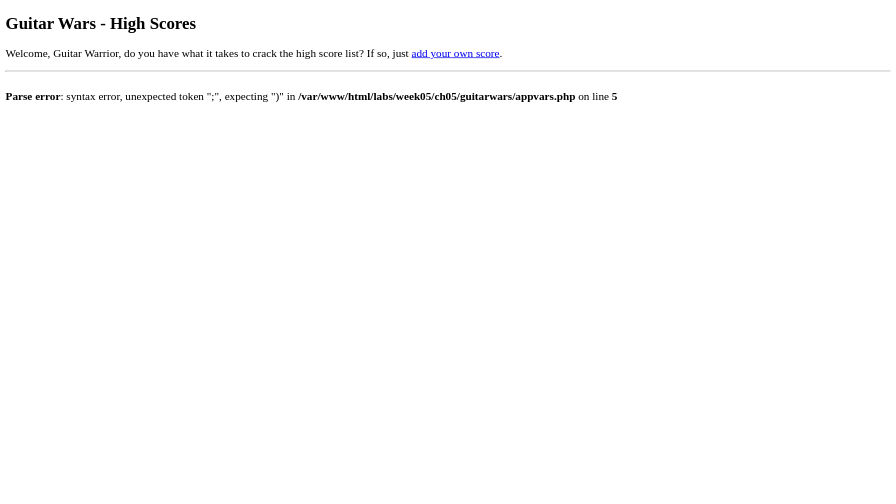
Repository: chelsea-g/PHP-MySQL
Page: http://localhost/labs/week05/ch05/guitarwars/index.php
The author's editor kept a record of every edit. The page is drawn from the files as they stood at one moment, then again after the next edit.
The browser window is 1280 px wide. The pictures show the part of the page from y = 0 to 1920 px (the page is 720 px tall before and 2937 px after), at 70% of full size.
The page is run by PHP 8.4 with error messages shown; the project is at /var/www/html/. The database holds what the project's SQL file puts in it.

Above is the page before.

### labs/week05/ch05/guitarwars/index.php
<!DOCTYPE html PUBLIC "-//W3C//DTD XHTML 1.0 Transitional//EN"
  "http://www.w3.org/TR/xhtml1/DTD/xhtml1-transitional.dtd">
<html xmlns="http://www.w3.org/1999/xhtml" xml:lang="en" lang="en">
<head>
  <meta http-equiv="Content-Type" content="text/html; charset=utf-8" />
  <title>Guitar Wars - High Scores</title>
  <link rel="stylesheet" type="text/css" href="style.css" />
</head>
<body>
  <h2>Guitar Wars - High Scores</h2>
  <p>Welcome, Guitar Warrior, do you have what it takes to crack the high score list? If so, just <a href="addscore.php">add your own score</a>.</p>
  <hr />


<?php

  require_once('appvars.php');
  require_once('connectvars.php');

  // Connect to the database
  $dbc = mysqli_connect(DB_HOST, DB_USER, DB_PASSWORD, DB_NAME);

  // Retrieve the score data from MySQL
  $query = "SELECT * FROM guitarwars ORDER BY score DESC, date ASC";
  $data = mysqli_query($dbc, $query);

  // Loop through the array of score data, formatting it as HTML
  echo '<table>';
  $i = 0;
  while ($row = mysqli_fetch_array($data)) {
    // Display the score data
    if ($i == 0) {
      echo '<tr><td colspan ="2" class="topscoreheader">Top Score: ' .
          $row['score'] . '</td></tr>';
    }

    echo '<tr><td class="scoreinfo">';
    echo '<span class="score">' . $row['score'] . '</span><br />';
    echo '<strong>Name:</strong> ' . $row['name'] . '<br />';
    echo '<strong>Date:</strong> ' . $row['date'] . '</td></tr>';

    //is_file() used to check if the screenshot image exists
    //filesize() checks to see that the screen shot image file isn't an empty file
    if (is_file(GW_UPLOADPATH . $row['screenshot']) && filesize(GW_UPLOADPATH . $row['screenshot']) > 0) {
      echo '<td><img src="' . GW_UPLOADPATH . $row['screenshot'] . '" alt="Score image" /></td></tr>';
    } else {
      echo '<td><img src="' . GW_UPLOADPATH . 'unverified.gif" alt="Unverified score" /></td></tr>';

    }
  }

  echo '</table>';

  mysqli_close($dbc);
?>

</body>
</html>

### labs/week05/ch05/guitarwars/appvars.php
<?php
//Define app constants
define('GW_UPLOADPATH'

?>

### labs/week05/ch05/guitarwars/style.css
.error {
  font-weight: bold;
  color: #FF0000;
}

.topscoreheader {
  text-align: center;
  font-size: 200%;
  background-color: #36407F;
  color: #FFFFFF;
}

.score {
  font-size:150%;
  color: #36407F;
}

.scoreinfo {
  vertical-align: top;
  padding-right:15px;
}

### labs/week05/ch05/guitarwars/connectvars.php
<?php

    //define database connection constants
    define('DB_HOST', 'localhost');
    define('DB_USER', 'root');
    define('DB_PASSWORD', '');
    define('DB_NAME', 'gwdb');

?>

### labs/week06/gwdb.sql (the tables this page reads)
CREATE TABLE `guitarwars` (
  `id` int(11) NOT NULL AUTO_INCREMENT,
  `date` timestamp NOT NULL DEFAULT CURRENT_TIMESTAMP,
  `name` varchar(32) DEFAULT NULL,
  `score` int(11) DEFAULT NULL,
  `screenshot` varchar(64) DEFAULT NULL,
  `approved` tinyint(4) DEFAULT '0',
  PRIMARY KEY (`id`),
  KEY `name` (`name`)
) ENGINE=InnoDB AUTO_INCREMENT=26 DEFAULT CHARSET=latin1;

INSERT INTO `guitarwars` VALUES (17,'2016-02-25 20:13:10','Belita',282470,'belitasscore.gif',1),(18,'2016-02-25 20:13:39','Jacob',389740,'jacobsscore.gif',1),(19,'2016-02-25 20:13:55','Jean Paul',243260,'jeanpaulsscore.gif',0),(20,'2016-02-25 20:14:09','Kenny',64930,'kennysscore.gif',1),(21,'2016-02-25 20:14:27','Nevil',98430,'nevilsscore.gif',0),(22,'2016-02-25 20:14:47','Paco',127650,'pacosscore.gif',0),(23,'2016-02-25 20:15:02','Phiz',186580,'phizsscore.gif',1),(25,'2016-02-25 21:04:29','Cow',389739,'images.jpg',1);

After the next edit:
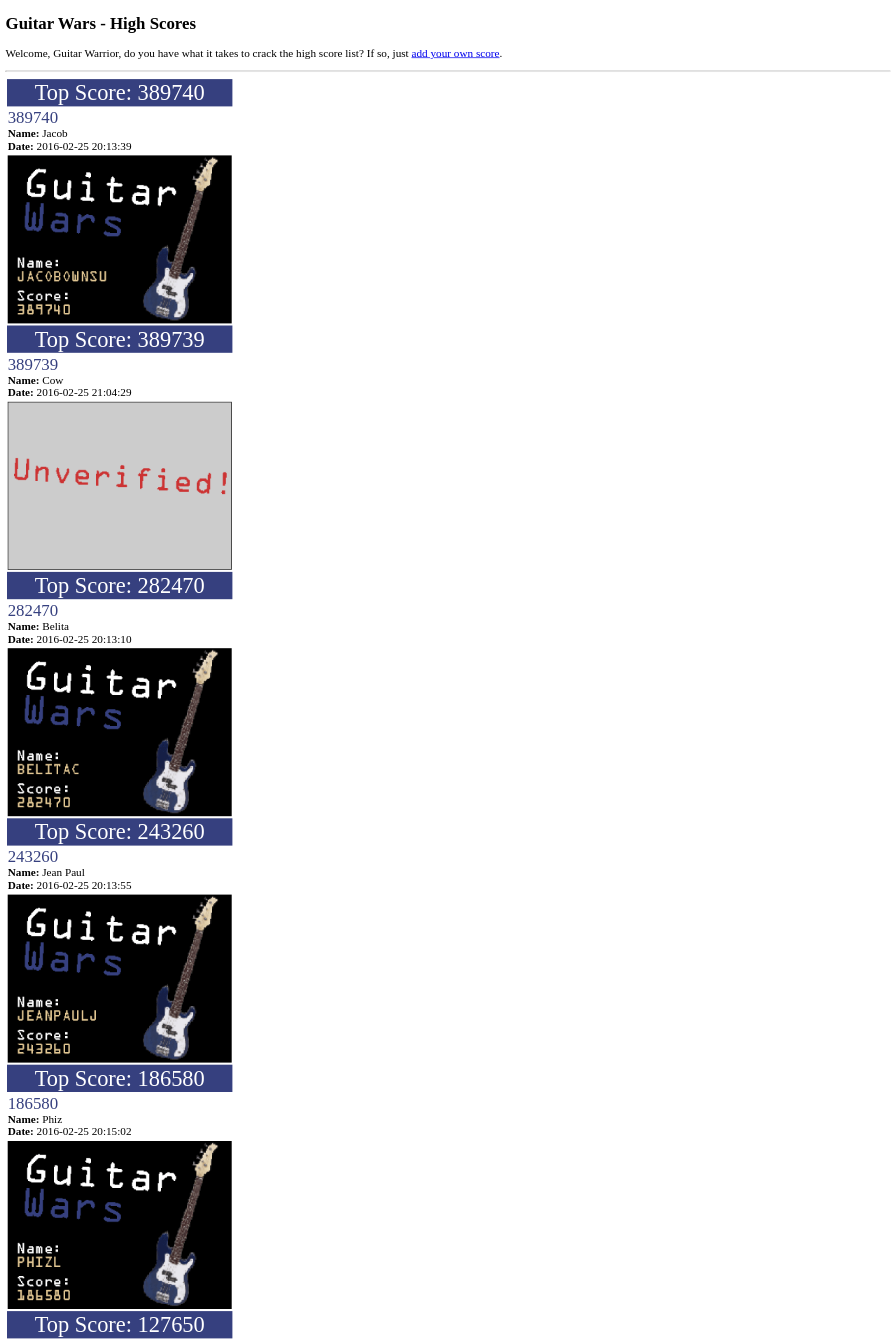
The edit:
--- a/labs/week05/ch05/guitarwars/appvars.php
+++ b/labs/week05/ch05/guitarwars/appvars.php
@@ -1,5 +1,7 @@
 <?php
-//Define app constants
-define('GW_UPLOADPATH'
+
+    //Define app constants
+    define('GW_UPLOADPATH', 'images/');
+    define('GW_MAXFILESIZE', 32768)
 
 ?>
